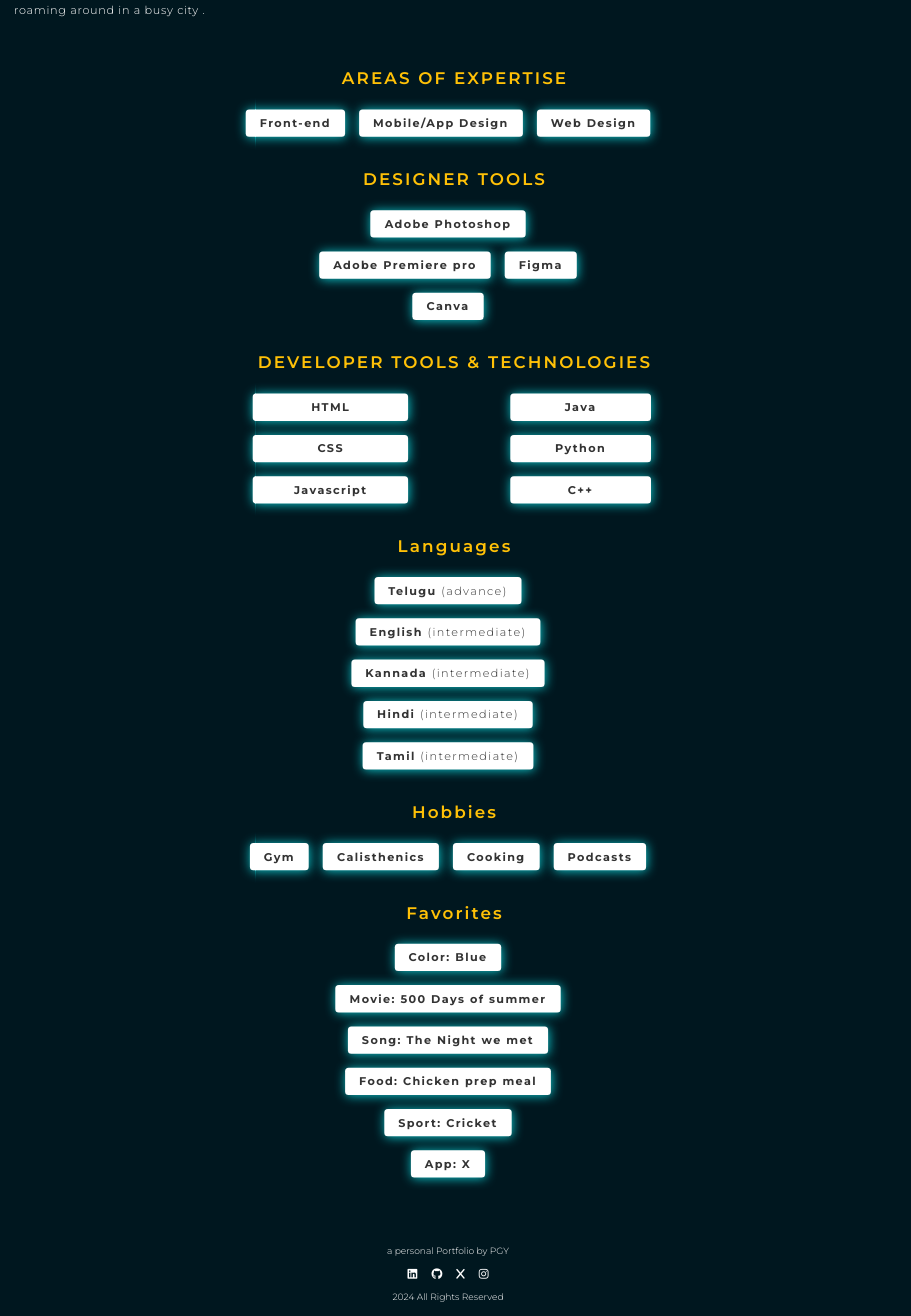
Repository: pgyunknown/pgyunknown
Page: aboutme.html
These files come from the project's save history. The page is drawn as it stood at one moment and after a run of saves; the edit follows.
The browser window is 1280 px wide. The page is 1302 px wide, so the pictures cover 1302 px, including what lies to the right of the window. The pictures show the part of the page from y = 706 to 2586 px (the page is 2586 px tall), at 70% of full size.
Some web libraries are served in a nearby version.

Above is the page before, as saved 2024-08-25 14:59:45.

### aboutme.html
<!DOCTYPE html>
<html lang="en">
<head>
    <meta charset="UTF-8">
    <meta name="viewport" content="width=device-width, initial-scale=1.0">
    <title>Personal portfolio</title>
    <link rel="stylesheet" href="aboutme.css">
    <link rel="preconnect" href="https://fonts.googleapis.com">
<link rel="preconnect" href="https://fonts.gstatic.com" crossorigin>
<link href="https://fonts.googleapis.com/css2?family=Libre+Baskerville:ital,wght@0,400;0,700;1,400&family=Montserrat:ital,wght@0,100..900;1,100..900&family=Titillium+Web:ital,wght@0,200;0,300;0,400;0,600;0,700;0,900;1,200;1,300;1,400;1,600;1,700&display=swap" rel="stylesheet">
<link rel="stylesheet" href="https://cdnjs.cloudflare.com/ajax/libs/font-awesome/6.6.0/css/all.min.css" integrity="sha512-Kc323vGBEqzTmouAECnVceyQqyqdsSiqLQISBL29aUW4U/M7pSPA/gEUZQqv1cwx4OnYxTxve5UMg5GT6L4JJg==" crossorigin="anonymous" referrerpolicy="no-referrer" />
</head>
<body>

    <header class="h">
        <div class="pgy_con">
                <div class="pgy"><a href="#">PGY</a></div>
        </div>
        <nav>
                <div class="nav_bar">
                <a href="index.html" id="home">Home</a>
                <a href="project.html"id="projects">Projects</a>
                <a href="blog.html"id="blogs">Blogs</a>
                <a href="photography.html"id="photo">Photography</a>
                <a href="aboutme.html"id="About">About me</a>
                </div>
            </nav>
        <div class="resume_con">
                <button onclick="alert('Resume yet to be uploaded')">Resume</button>
        </div>
    </header>

    <main>
        <div class="caption">
        <div class="caption1"><p><span>&#169;</span>Gokul Yadav portfolio 2024</p></div>
        <div class="caption2"><p>currently under <span>Caffeine</span> &#9749</p></div>
    </div>

    <div class="about">
        <div class="about1"><h1><span>Development</span> Enthusiast +</h1></div>
        <div class="about2"><h1><span>Movies</span> and <span>Gym</span> freak !</h1></div>
    </div>

    <div class="aboutme">
        <p>I'm a coding enthusiast who speaks fluent Human language (and a bit of java too). I love turning caffeine into code and turning ideas into reality. Amazed by technology, I'm keen on interactons between human and computer. My interest in technology led me to development. My curiousity encouraged me to learn through youtube even though my curriculum differs.</p><br><br>
        <h5>How I become a Coder</h5><br>
        <p>I can code since I was fifteen. I had several fansites as a teenager.In my tenth standard I wasn't having ay idea about development.It all started with <span>Java</span> which was my core subject. But it all begin  in my first year of Engineering this is the first time i was introduced to front-end web developer and still thriving in it.</p><br><br>
        <h5>Outside of Code</h5><br>
        <p>Beyond the world of development, I like to maintain a balanced lifestyle. Whether it’s hitting the gym or indulging myself in a good movie. I strive to stay active and keep my mind sharp or have a good long nap. In recent times I found going on a trek more fascinating than just roaming around in a  busy city .</p>

    </div>

    <div class="container">
        <div class="heading">
            <h1>AREAS OF EXPERTISE</h1>
        </div>
        <div class="areas">
            <ul>
                <li>Front-end</li>
                <li>Mobile/App Design</li>
                <li>Web Design</li>
            </ul>
        </div><br><br>
        <div class="heading">
            <h1>DESIGNER TOOLS</h1>
        </div>
        <div class="tools">
            <div class="column">
                <ul>
                    <li>Adobe Photoshop</li>
                    <li>Adobe Premiere pro</li>
                    <li>Figma</li>
                    <li>Canva</li>
                </ul>
            </div>
            <!-- <div class="column">
                <ul>
                    <li>Adobe Illustrator</li>
                    <li>Adobe InDesign</li>
                    <li>FigJam</li>
                    <li>Zeplin</li>
                    <li>SketchUp</li>
                </ul>
            </div> -->
        </div><br><br>
        <div class="heading">
            <h1>DEVELOPER TOOLS & TECHNOLOGIES</h1>
        </div>
        <div class="technologies">
            <div class="column">
                <ul>
                    <li>HTML</li>
                    <li>CSS</li>
                    <li>Javascript</li>
                </ul>
            </div>
            <div class="column">
                <ul>
                    <li>Java</li>
                    <li>Python</li>
                    <li>C++</li>
                </ul>
            </div>
        </div><br><br>


                <div class="heading">
            <h1>Languages</h1>
        </div>
        <div class="lang">
            <ul>
                    <li>Telugu <span>(advance)</span></li>
                    <li>English <span>(intermediate)</span></li>
                    <li>Kannada <span>(intermediate)</span></li>
                    <li>Hindi <span>(intermediate)</span></li>
                    <li>Tamil <span>(intermediate)</span></li>
            </ul>
        </div><br><br>

                <div class="heading">
            <h1>Hobbies</h1>
        </div>
        <div class="areas">
            <ul>
                    <li>Gym</li>
                    <li>Calisthenics</li>
                    <li>Cooking</li>
                    <li>Podcasts</li>
            </ul>
        </div><br><br>

        <div class="heading">
            <h1>Favorites</h1>
        </div>
        <div class="fav">
            <ul>
                    <li>Color: Blue</li>
                    <li>Movie: 500 Days of summer</li>
                    <li>Song: The Night we met</li>
                    <li>Food: Chicken prep meal</li>
                    <li>Sport: Cricket</li>
                    <li>App: X</li>
            </ul>
        </div><br><br>
    </main>

    <footer>
        <div class="footer_port">a personal Portfolio by PGY</div>
        <div class="footer_icons">
            <a href="https://www.linkedin.com/in/p-gokul-yadav-82548a295?utm_source=share&utm_campaign=share_via&utm_content=profile&utm_medium=android_app" alt="Gokul's linkedin profile" target="_blank"><i class="fa-brands fa-linkedin"></i></a>
            <a href="https://github.com/pgyunknown" alt="Gokul Github profile" target="_blank" alt="Gokul's Github profile" ><i class="fa-brands fa-github"></i></a>
            <a href=" https://x.com/cody_hunk?t=EkARfGCWhhBT_BHbby4DGw&s=08 " target="_blank" alt="Gokul's X profile" ><i class="fa-brands fa-x" ></i></a>
            <a href="#" target="_blank" alt="Gokul's fa-instagram profile" ><i class="fa-brands fa-instagram" ></i></a>
        </div>
        <div class="copyrights">2024 All Rights Reserved</div>
    </footer>

### aboutme.css
*{margin: 0px;
    padding: 0px;
}
body{
    background-color: #00171F;
    color: white;
    box-sizing: border-box;


}
a{
    text-decoration: none;
    color: inherit;
}

header{
    display: flex;
    justify-content: space-between;
    align-items: center;
    padding: 10px;
    /* Glassy effect */
    background: linear-gradient(135deg, rgba(0, 200, 255, 0.1), rgba(255, 255, 255, 0));
    backdrop-filter: blur(10px);
    -webkit-backdrop-filter: blur(10px);
    border:1px solid rgba(255, 255, 255, 0.18);
    box-shadow: 0 8px 32px 0 rgba(0, 0, 0, 0.37);
    overflow: hidden;
    position: sticky; /* Set the navbar to fixed position */
    top: 0; /* Position the navbar at the top of the page */
    height: 40px;
    width: 100%;
}

.pgy_con
{
    margin-left: 20px;
    font-family: "Montserrat", sans-serif;
    font-optical-sizing: auto;
    font-size: x-large;
    font-weight: 700;
    font-style: normal;
    align-items: end;

}

.pgy_con .pgy a{
    text-decoration: none;
}
.nav_bar {
        /* height: 50px; */
    width: 500px;
    display: flex;
    justify-content: space-evenly;
    transition-property: all;
    transition-timing-function: ease-in-out;
    transition-delay: 1s;
}

.nav_bar a{
    box-sizing: border-box;
    font-family: "Montserrat", sans-serif;
    font-optical-sizing: auto;
    font-weight: 400;
    font-style: normal;
    text-decoration: none;
    justify-content: space-around;
    align-items: center;
    padding-top:10px;
    padding-bottom :10px;
    /* padding-right:10px ;
    padding-left:10px ; */
}

.nav_bar a:hover{
    color: #FFC107;
    text-shadow: #FFC107 0px 0px  1px;
    border-bottom: 0.5px solid #FFC107;


}


.resume_con {
    display: flex;
    justify-content: center;
    margin-right: 20px;
    background-color: #00171F;
    margin-right: 40px;
}
.resume_con button{
    background-color:rgba(0, 200, 255, 0.1);
    box-sizing: content-box;
    height: 2.5rem;
    width: 5rem;
    font-family: "Montserrat", sans-serif;
    font-optical-sizing: auto;
    font-size: large;
    font-weight: 500;
    font-style: normal;
    color: #1ABEFF;
    border: 0.0001px solid #3c555f;
    border-radius: 0.3rem;
    box-shadow: 0px 0px 5px 2px #3c555f;

}

main{
    height: 100%;
    width: 100%;
    position: relative;
}
main .caption{
    line-height: 25px;
    letter-spacing: 2px;
    display: flex;
    flex-direction:column;
    justify-content: top;
    align-items: center;
    margin: 10px;
    padding-bottom: 30px;
    /* color: #1ABEFF;
    border: 0.0001px solid #3c555f;
    border-radius: 0.3rem;
    box-shadow: 0px 0px 5px 2px #3c555f; */

}

main .caption .caption1{
    font-family: "Montserrat", sans-serif;
    font-optical-sizing: auto;
    font-size: smaller;
    font-weight: 100;
    font-style: normal;
}

main .caption .caption2{
    font-family: "Montserrat", sans-serif;
    font-optical-sizing: auto;
    font-size: large;
    font-weight: 400;
    font-style: normal;
}

main .caption .caption2 span{
    color: #0ecad0;
}

main .about{
    display: flex;
    flex-direction:column;
    justify-content: top;
    align-items: center;
    margin: 10px;
    padding-bottom: 30px;
    letter-spacing: 1px;

    font-family: "Montserrat", sans-serif;
    font-optical-sizing: auto;
    font-size: xx-large;
    font-weight: 400;
    font-style: normal;
}

main .aboutme{
    margin: 20px;
}
main .about span{
    color: #FFC107;
}

main .aboutme h5{
    font-family: "Montserrat", sans-serif;
    font-optical-sizing: auto;
    font-size: light;
    font-weight: 100;
    font-style: normal;
    letter-spacing: 2px;
    text-shadow: 1px 1px 2px pink;
}
main .aboutme p{
    letter-spacing: 1px;
    line-height: 25px;

    font-family: "Montserrat", sans-serif;
    font-optical-sizing: auto;
    font-size: normal;
    font-weight: 300;
    font-style: normal;
}

main .aboutme span{
    color: #FFC107;
}

.container {
    width: 80%;
    margin: 0 auto;
    padding: 50px 0;
    text-align: center;
}
.heading {
    margin-bottom: 20px;
}
.heading h1 {
    letter-spacing: 3px;
    color: #FFC107;
    font-size: 24px;
    margin-left: 20px;
    font-family: "Montserrat", sans-serif;
    font-optical-sizing: auto;
    font-size: x-large;
    font-weight: 600;
    font-style: normal;
    align-items: end;

}
.areas ul,
.tools ul,
.technologies ul {
    list-style: none;
    padding: 0;
    margin: 0;
    display: flex;
    flex-direction: row;
    flex-wrap: wrap;
    justify-content: center;
    letter-spacing: 2px;

        /* font-size: 24px;
    margin-left: 20px; */
    font-family: "Montserrat", sans-serif;
    font-optical-sizing: auto;
    font-size: normal;
    font-weight: 700;
    font-style: bold;
}
.areas li,
.tools li,
.technologies li {
    background-color: #fff;
    padding: 10px 20px;
    margin: 10px;
    border-radius: 5px;
    color: #333;
    box-shadow: 1px 1px 15px #0ecad0;
}
.tools,
.technologies {
    display: flex;
    justify-content: center;
    align-items: center;
}
.tools .column,
.technologies .column li{
    width: 48%;
    display: flex;
    flex-direction: column;
}
.designed {
    margin-top: 50px;
    font-size: 14px;
    color: #666;
}
/* .container .fav{
    width: 100%;
} */
.fav ul{
        list-style: none;
    padding: 0;
    margin: 0;
    display: flex;
    flex-direction: column;
    flex-wrap: wrap;
    justify-content: center;
    align-items: center;
    letter-spacing: 2px;
/* width: 500px; */
    font-family: "Montserrat", sans-serif;
    font-optical-sizing: auto;
    font-size: normal;
    font-weight: 700;
    font-style: bold;
}
.fav li{
    background-color: #fff;
    padding: 10px 20px;
    margin: 10px;
    border-radius: 5px;
    color: #333;
    box-shadow: 1px 1px 15px #0ecad0;
}


.lang ul{
        list-style: none;
    padding: 0;
    margin: 0;
    display: flex;
    flex-direction: column;
    flex-wrap: wrap;
    justify-content: center;
    align-items: center;
    letter-spacing: 2px;
/* width: 500px; */
    font-family: "Montserrat", sans-serif;
    font-optical-sizing: auto;
    font-size: normal;
    font-weight: 700;
    font-style: bold;
}
.lang li{
    background-color: #fff;
    padding: 10px 20px;
    margin: 10px;
    border-radius: 5px;
    color: #333;
    box-shadow: 1px 1px 15px #0ecad0;
}
.lang span{
    font-weight: 300;
}

footer{
    display: flex;
    flex-direction:column;
    justify-content: space-evenly;
    align-items: center;
    margin-bottom: 20px;

    font-family: "Montserrat", sans-serif;
    font-optical-sizing: auto;
    font-size: small;
    font-weight: 300;
    font-style: normal;
}

.footer_icons{
    display: flex;
    justify-content: center;
    align-items: center;
    width: 50px;
    height: 50px;
}



.copyrights{
    display: flex;
    justify-content: center;
    align-items: center;
}

.footer_icons a{
font-size: medium;
padding: 10px;
width: 50px;
height: 50px;
display: flex;
justify-content: center;
align-items: center;

}

After the next 3 saves:
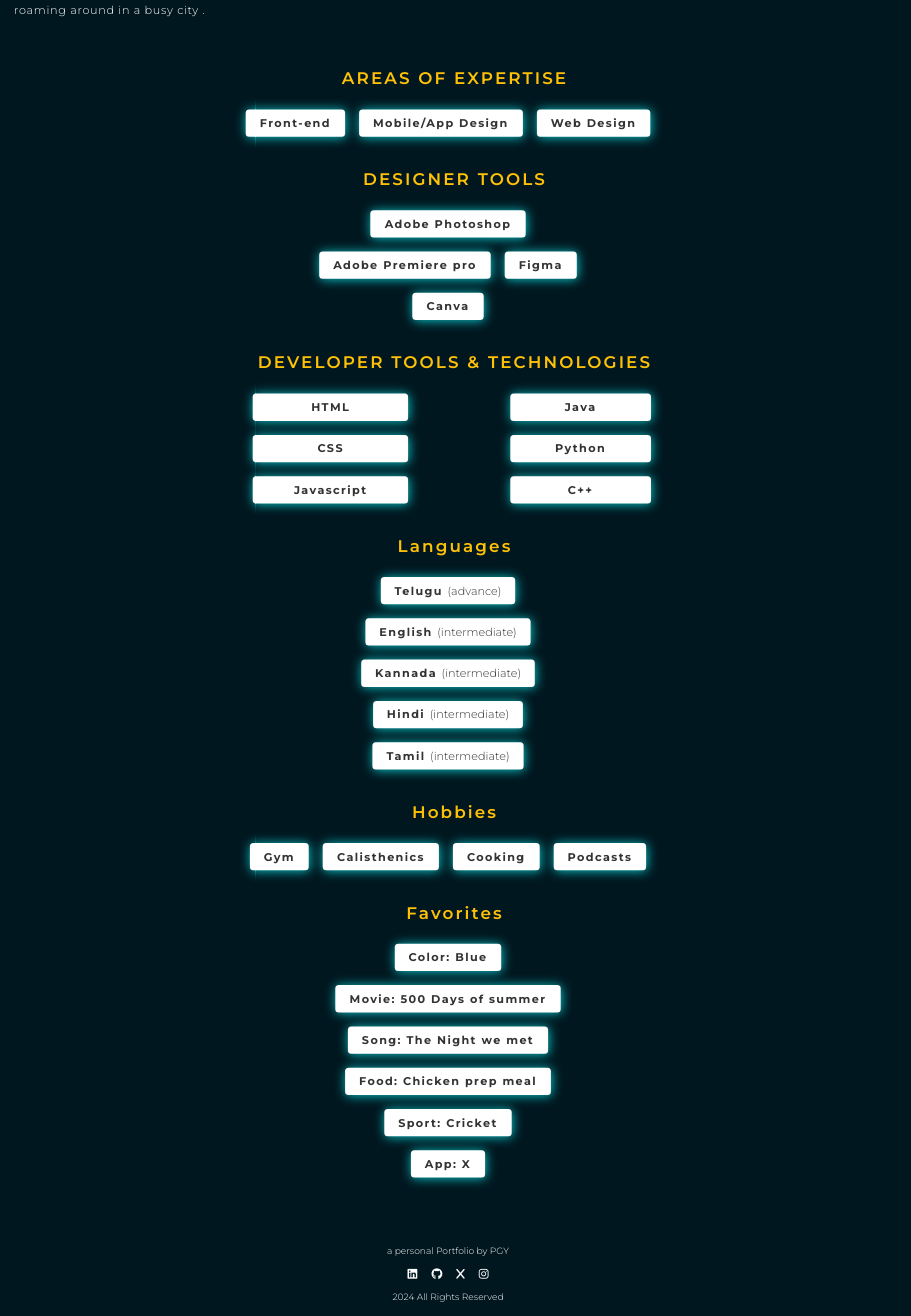
The 3 saves are shown as one change because they came seconds apart.
The last was saved 11 s later.
--- a/aboutme.css
+++ b/aboutme.css
@@ -317,6 +317,7 @@ main .aboutme span{
     box-shadow: 1px 1px 15px #0ecad0;
 }
 .lang span{
+    letter-spacing: 0px;
     font-weight: 300;
 }
 
